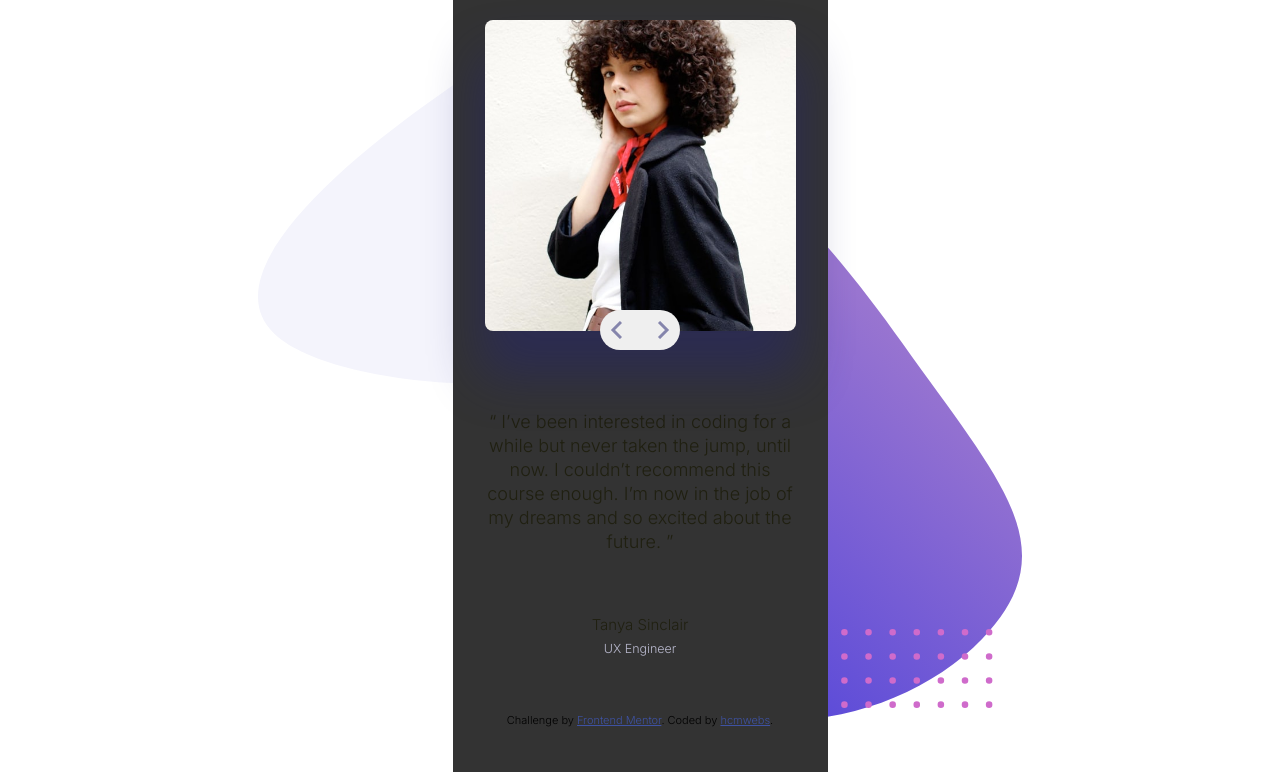
Repository: Hcmwebs/Coding-Bootcamp-Testimonials
Page: index.html
These files come from the project's save history. The page is drawn as it stood at one moment and after the next save; the edit follows.
The browser window is 1280 px wide. The pictures show the whole page.
The style sheet was rebuilt from its Sass, Less or Tailwind sources for each picture, by a compiler version that may differ from the author's.

Above is the page before, as saved 2020-10-30 13:31:03.

After the next save:
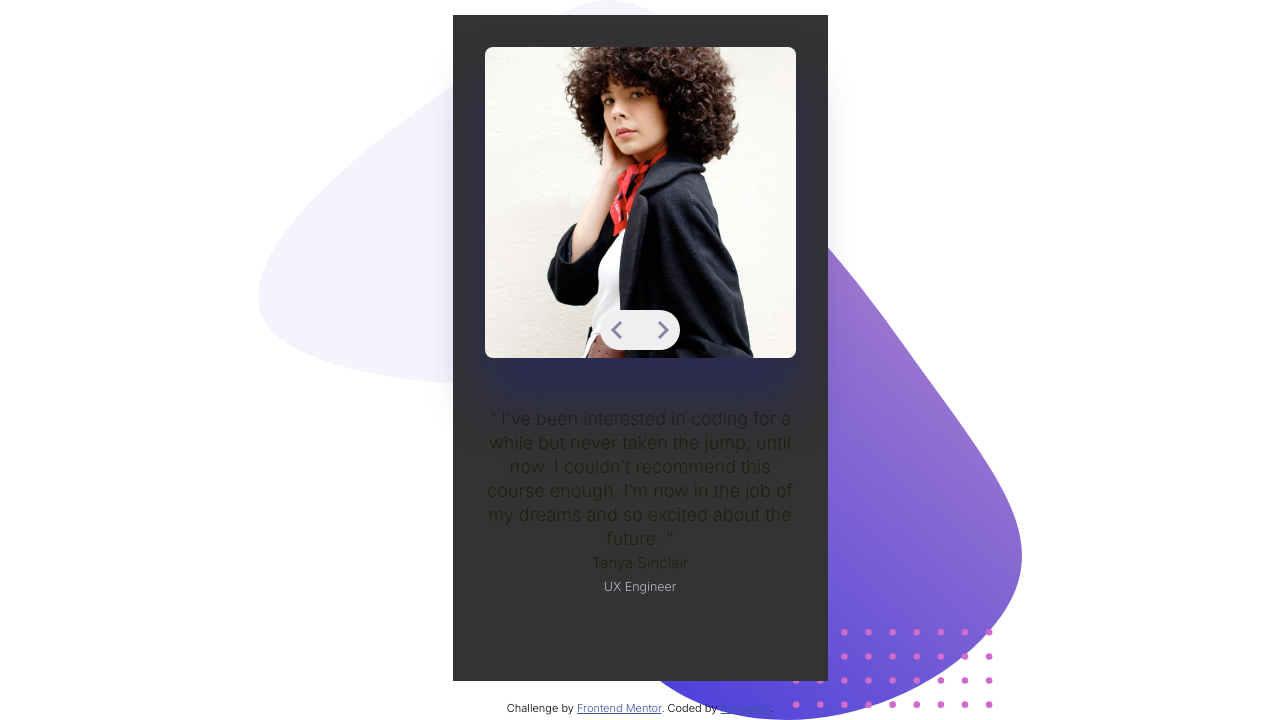
Saved 2 min 57 s later.
--- a/scss/main.scss
+++ b/scss/main.scss
@@ -93,7 +93,7 @@ button {
 
   &__body{
     width: 100%;
-    height: 310px;
+
     margin:50px 0;
     @include gridCenter;
 
@@ -101,7 +101,6 @@ button {
       font-size: 18px;
       font-weight: 300;
       text-align: center;
-      margin-bottom: 0;
       color:$primaryColor;
     }
 
